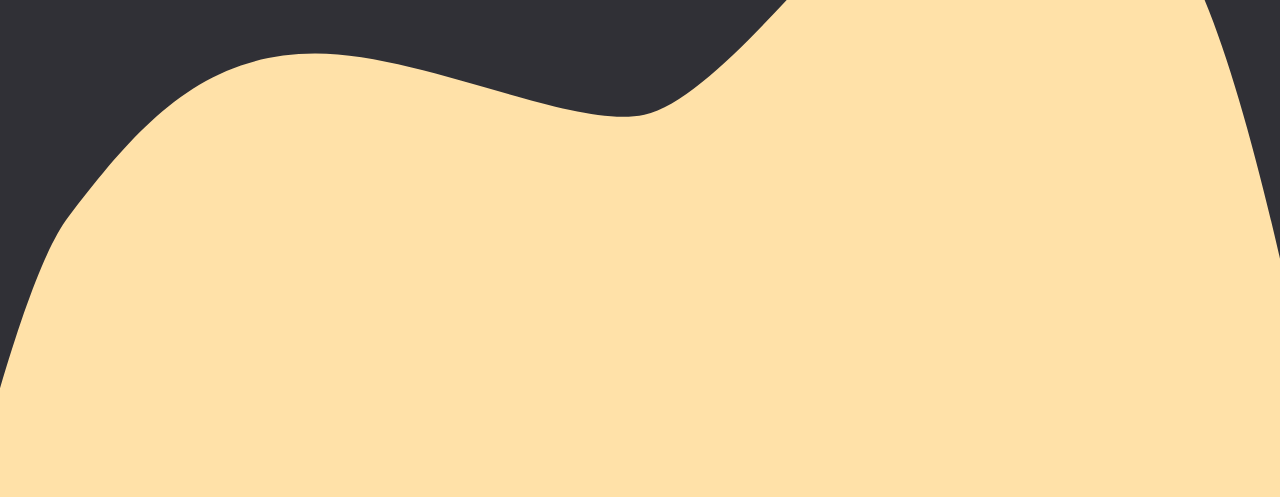
Repository: zhangolivia7/rot-recovery
Page: /
The author's editor kept a copy of each file at every save. The page is drawn from the files as they stood at one save, then again after the next save.
The browser window is 1280 px wide. The pictures show the whole page.
The project was rebuilt for these pictures with package versions that can differ from the ones it lists, and the page was loaded fresh each time. The framework's server and built-in components were replaced by stand-ins that run in the browser. Also part of the build but not shown: next.config.ts.

Above is the page before, as saved 2025-03-26 14:15:47.

After the next save:
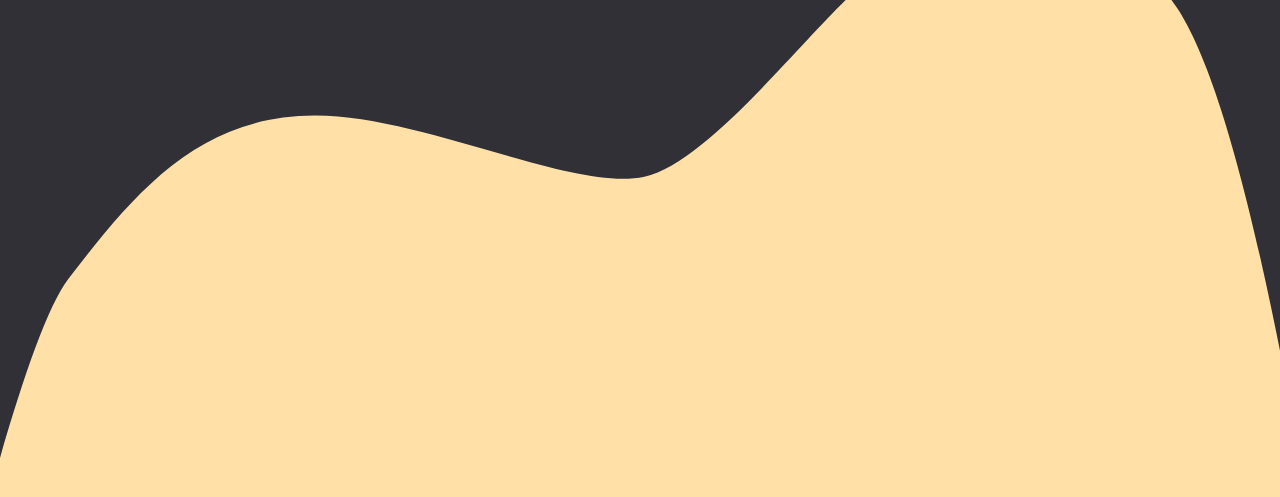
Saved 2 min 42 s later.
--- a/src/app/page.tsx
+++ b/src/app/page.tsx
@@ -84,9 +84,10 @@ export default function Home() {
             <h1>
               hello, <input type="text" id="helloText" value={name} onChange={updateName} />
             </h1>
-            <svg width="1523" height="1089" viewBox="0 0 1523 1089" fill="none" xmlns="http://www.w3.org/2000/svg">
-              <path d="M189.646 363.552C132.076 438.396 64.667 758.059 0 1000L22.3857 1071L1506.76 1089C1515.14 1076.5 1529.41 1046.81 1519.34 1028.01C1506.76 1004.52 1401.37 230.209 1293.35 86.2438C1185.34 -57.7212 1072.61 10.6378 993.439 62.2496C945.639 93.4101 836.141 246.205 765.357 261.701C694.573 277.197 544.312 200.592 436.08 200.592C318.106 200.592 253.53 280.5 189.646 363.552Z" fill="#FFE1A8" />
+            <svg width="1441" height="964" viewBox="0 0 1441 964" fill="none" xmlns="http://www.w3.org/2000/svg">
+              <path d="M148.646 363.552C91.0762 438.396 0 867.5 0 867.5V964H1375H1440.5V905C1401.89 678.974 1336.02 197.758 1252.35 86.2438C1144.34 -57.7212 1031.61 10.6378 952.439 62.2496C904.639 93.4101 795.141 246.205 724.357 261.701C653.573 277.197 503.312 200.592 395.08 200.592C277.106 200.592 212.53 280.5 148.646 363.552Z" fill="#FFE1A8" />
             </svg>
+
           </div>
         </main>
       </section>
